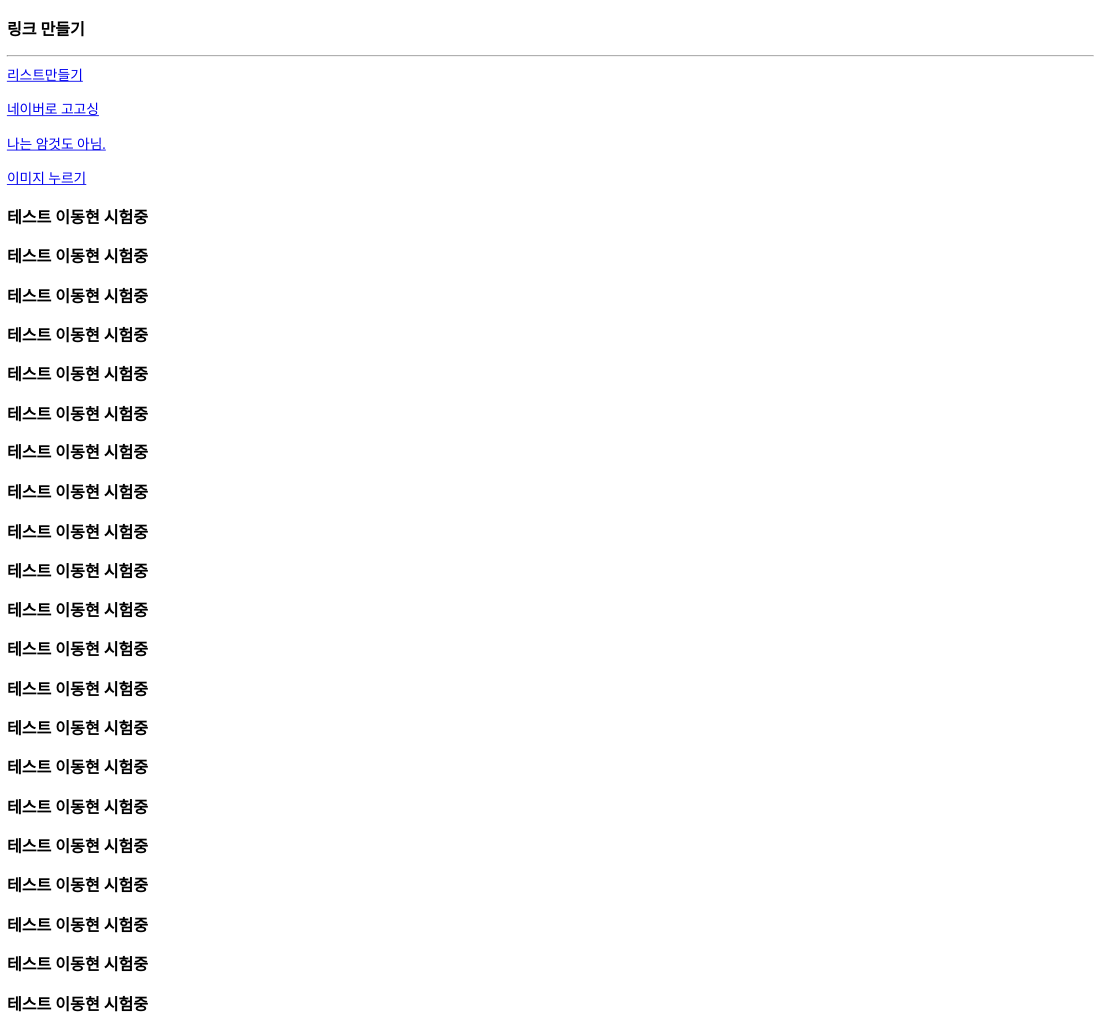
Repository: nijooymik/smartfactory
Page: jsp/t0718/src/main/webapp/html/test04.html
These files come from the project's save history. The page is drawn as it stood at one moment and after the next save; the edit follows.
The browser window is 1280 px wide. The pictures show the whole page, at 86% of full size.

Above is the page before, as saved 2022-07-18 02:57:01.

After the next save:
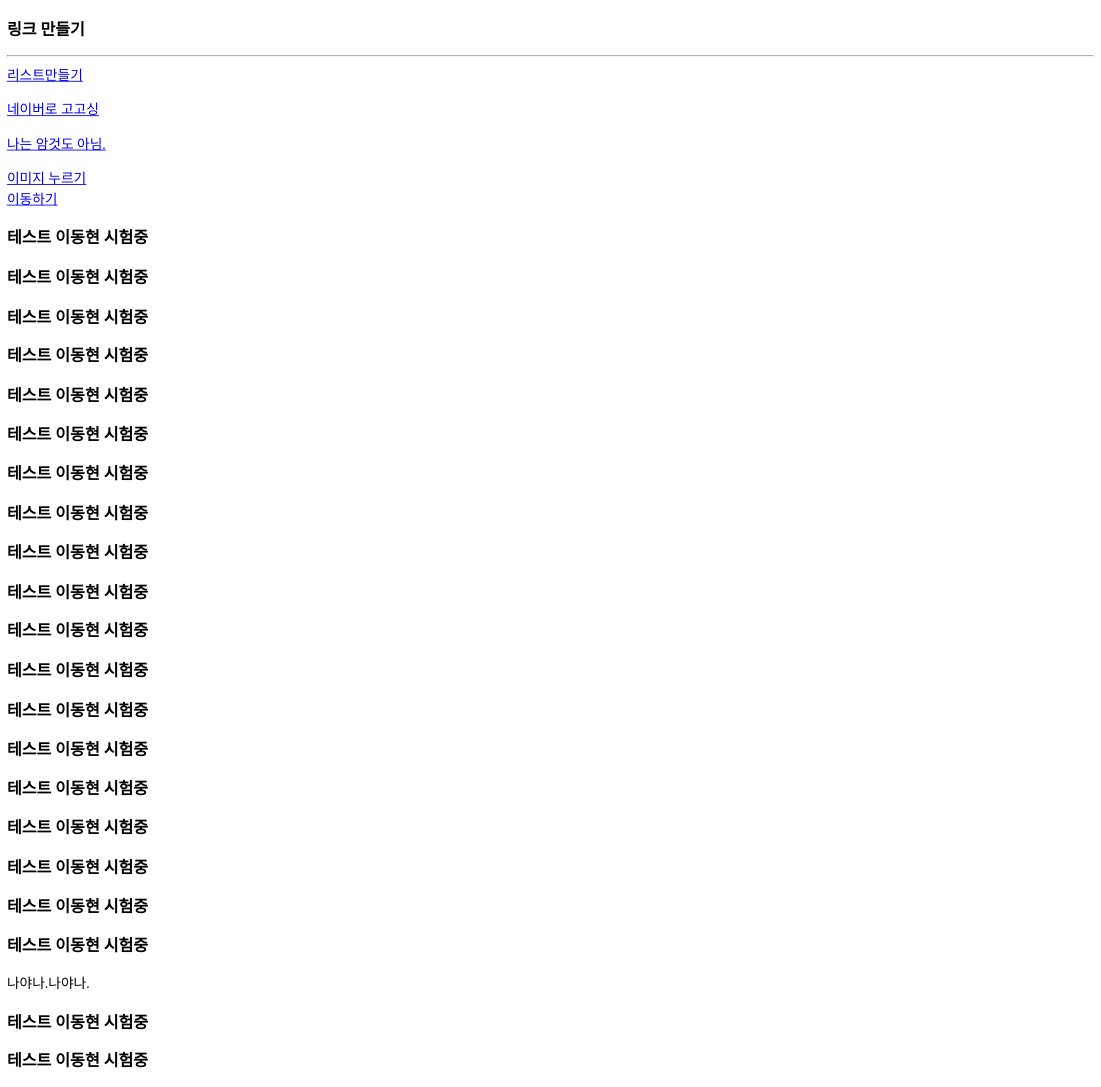
Saved 77 s later.
--- a/jsp/t0718/src/main/webapp/html/test04.html
+++ b/jsp/t0718/src/main/webapp/html/test04.html
@@ -12,6 +12,8 @@
 	<a href="http://www.naver.com" target="_blank">네이버로 고고싱</a><p>
 	<a href="#">나는 암것도 아님.</a><p>
 	<a href="https://search.pstatic.net/common/?src=http%3A%2F%2Fblogfiles.naver.net%2FMjAyMjA2MjFfOTYg%2FMDAxNjU1ODExNzc1NjA3.OfdQeEWvIpun74FZF2rw7xIXJ7N8cnK9jMQfrpvWYv0g.vdQgviOXC7qBepMkFEikWwiIoIaXNFxBe_Ki5JsRZg4g.JPEG.byulmoa%2F20220612_160805.jpg&type=sc960_832">이미지 누르기</a>
+	<br>
+	<a href="#section">이동하기</a>
 	<h3>테스트 이동현 시험중</h3>
 	<h3>테스트 이동현 시험중</h3>
 	<h3>테스트 이동현 시험중</h3>
@@ -31,6 +33,7 @@
 	<h3>테스트 이동현 시험중</h3>
 	<h3>테스트 이동현 시험중</h3>
 	<h3>테스트 이동현 시험중</h3>
+	<a id="section>">나야나.나야나.</a>
 	<h3>테스트 이동현 시험중</h3>
 	<h3>테스트 이동현 시험중</h3>
 
